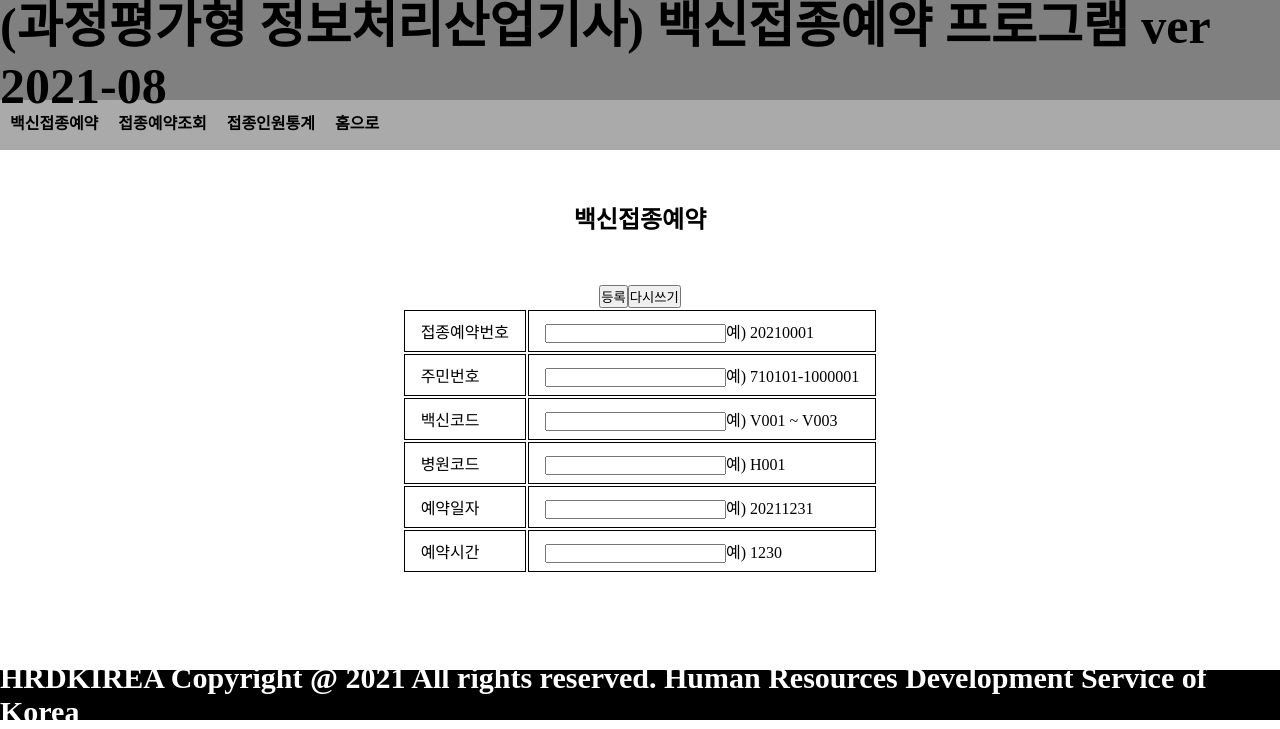
Repository: Ranranruo/info-processing
Page: http://localhost/20250424/insert.jsp
These files come from the project's save history. The page is drawn as it stood at one moment and after the next save; the edit follows.
The browser window is 1280 px wide. The pictures show the whole page.
The page is served by Tomcat 9.

Above is the page before, as saved 2025-04-24 07:39:46.

After the next save:
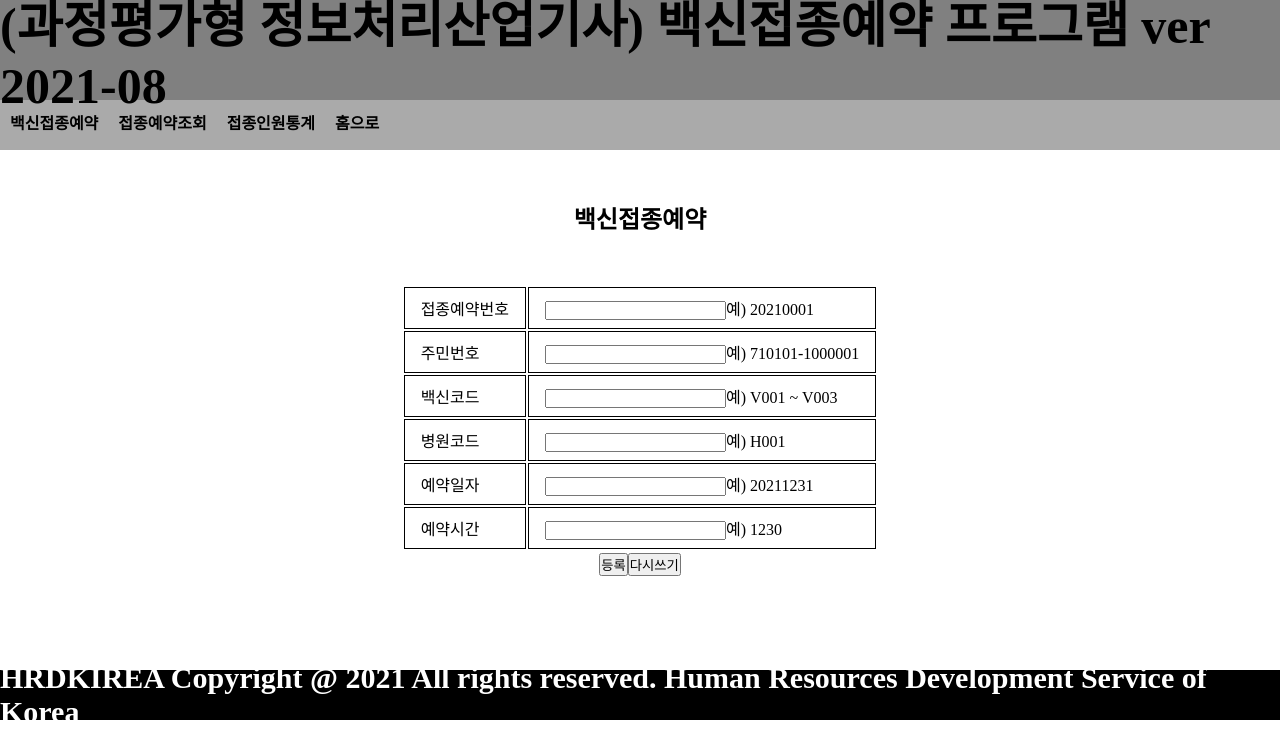
Saved 7 s later.
--- a/20250424/src/main/webapp/insert.jsp
+++ b/20250424/src/main/webapp/insert.jsp
@@ -66,12 +66,12 @@ td{ border: 1px solid black; padding: .5em 1em;}
 </td>
 </tr>
 <tr>
+</tr>
+</table>
 <div style="display: flex; justify-content: center;">
 <button>등록</button>
 <button id="reset" type="reset">다시쓰기</button>
 </div>
-</tr>
-</table>
 </form>
 </section>
 <footer class="c" style="background-color: black; color: #fff; font-weight: bold; font-size: 30px; height: 50px;">HRDKIREA Copyright @ 2021 All rights reserved. Human Resources Development Service of Korea</footer>
